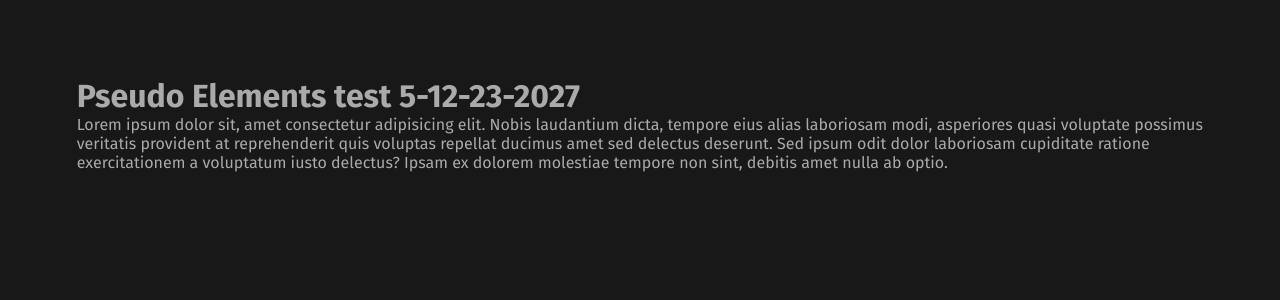
Repository: randy918/grandmaster-js-513
Page: index.html
An editor plug-in stored every save of this project. The page is shown before and after a run of saves, followed by the edit.
The browser window is 1280 px wide. The pictures show the whole page.
The style sheet was rebuilt from its Sass, Less or Tailwind sources for each picture, by a compiler version that may differ from the author's.

Above is the page before, as saved 2023-05-13 11:07:23.

### index.html
<!DOCTYPE html>
<html lang="en">
<head>
    <meta charset="UTF-8">
    <meta http-equiv="X-UA-Compatible" content="IE=edge">
    <meta name="viewport" content="width=device-width, initial-scale=1.0">
    <title>Pseudo Elements on the DOM</title>
        <link rel="stylesheet" href="css/index.css" />

</head>
<body>
    <h1 >Pseudo Elements test 5-12-23-2027 </h1>
   <p>Lorem ipsum dolor sit, amet consectetur adipisicing elit. Nobis laudantium dicta, tempore eius alias laboriosam modi, asperiores quasi voluptate possimus veritatis provident at reprehenderit quis voluptas repellat ducimus amet sed delectus deserunt. Sed ipsum odit dolor laboriosam cupiditate ratione exercitationem a voluptatum iusto delectus? Ipsam ex dolorem molestiae tempore non sint, debitis amet nulla ab optio.
   </p>
    <script src="./js/myfunctions.js"></script>
    <script src="./js/index.js"></script>
</body>
</html>

### js/myfunctions.js
//todo    Version 40423.0920
//todo
//todo   function a(toAlert)
//todo   function c(toConsole)
//todo   function cb(toConsole)
//todo   function ce(toConsole)
//todo   function cg(toConsole)
//todo   function co(toConsole)
//todo   function cr(toConsole)
//todo   function cv(toConsole)
//todo   function cw(toConsole)
//todo   function r(min, max)  Random integers, can be just 'max'
//todo   function getTime()--works! it is 72519.1414 format
//todo   function getCompleteDate()
//todo   function getMinute()
//todo   function getHour()
//todo   function getHour00()
//todo   function get24Hour()
//todo   function get24Hour00()
//todo   function getDay()
//todo   function getDay00()
//todo   function getMonth()
//todo   function getMonth00()
//todo   function getYear()
//todo   function getYear00()
//todo   function t()    eternal timestamp long number
//todo   function placeText(myIdClass, text)   unsure if it works?
//todo   function placeText2(myIdClass, text)   unsure if it works?
//todo   function getText(myIdClass)....brings whole line incl. tags
//todo   function getInnerText(myIdClass)
//todo   function getOuterText(myIdClass)
//todo   function addClass(myIdClass, newClass)
//todo   function removeClass(myIdClass, removeClass)
//todo   function changeBackgroundColor(myIdClass, color)
//todo   function changeTypeColor(myIdClass, color)
//todo   function changeTypeSize(myIdClass, size)
//todo   function addCSSText(myIdClass, text)

function a(toAlert) {
	alert(toAlert);
}

function c(toConsole) {
	console.log(toConsole);
}

function cb(toConsole) {
	var styles = [
		// 'font-size: 30px',
		"color: blue",
	].join(";");
	console.log(`%c` + toConsole, styles);
}

function ce(toConsole) {
	console.error(toConsole);
}

function cg(toConsole) {
	var styles = [
		// 'font-size: 30px',
		"color: green",
	].join(";");
	console.log(`%c` + toConsole, styles);
}

function co(toConsole) {
	var styles = [
		// 'font-size: 30px',
		"color: orange",
	].join(";");
	console.log(`%c` + toConsole, styles);
}

function cr(toConsole) {
	var styles = [
		// 'font-size: 30px',
		"color: red",
	].join(";");
	console.log(`%c` + toConsole, styles);
}

function cv(toConsole) {
	var styles = [
		// 'font-size: 30px',
		"color: violet",
	].join(";");
	console.log(`%c` + toConsole, styles);
}

function cw(toConsole) {
	console.warn(toConsole);
}

function r(min, max) {
	// 2.0, accepts single value for 1-x
	if (max === undefined) {
		max = min;
		min = 1;
	}
	const randomNumber =
		min - 1 + Math.ceil(Math.random() * (max + 1 - min));
	return randomNumber;
}
// may not be a real function
function getTime() {
	var today = new Date();
	var codeMonth = today.getMonth() + 1;
	var codeDay = today.getDate();
	if (codeDay < 10) {
		codeDay = "0" + codeDay;
	}
	var codeMinute = today.getMinutes();
	var codeHour = today.getHours();
	if (codeMinute < 10) {
		codeMinute = "0" + codeMinute;
	}
	if (codeHour < 10) {
		codeHour = "0" + codeHour;
	}
	var codeYear = today.getFullYear() - 2000;
	var dateTime =
		codeMonth +
		"" +
		codeDay +
		"" +
		codeYear +
		"." +
		codeHour +
		"" +
		codeMinute;
	// document.getElementById(`timeStamp`).innerHTML = dateTime;
	t = setTimeout(function () {
		getTime();
	}, 30000);
	return dateTime;
}

function getCompleteDate() {
	const today = new Date();
	return today;
}

function getMinute() {
	const today = new Date();
	const codeMinute = today.getMinutes();
	if (codeMinute < 10) {
		codeMinute = "0" + codeMinute;
	}
	return codeMinute;
}

function getMinute00() {
	const today = new Date();
	let codeMinute = today.getMinutes();
	if (codeMinute < 10) {
		codeMinute = "0" + codeMinute;
	}
	return codeMinute;
}

function getHour() {
	const today = new Date();
	let codeHour = today.getHours();
	if (codeHour > 12) {
		codeHour = codeHour - 12;
	}
	return codeHour;
}

function getAmPm() {
	let amPm = "am";
	const today = new Date();
	let codeHour = today.getHours();
	if (codeHour > 12) {
		amPm = "pm";
	}
	return amPm;
}

function getHour00() {
	const today = new Date();
	const codeHour = today.getHours();
	if (codeHour > 12) {
		codeHour = codeHour - 12;
	}
	if (codeHour < 10) {
		codeHour = "0" + codeHour;
	}
	return codeHour;
}

function get24Hour() {
	const today = new Date();
	const codeHour = today.getHours();
	return codeHour;
}

function get24Hour00() {
	const today = new Date();
	const codeHour = today.getHours();
	if (codeHour < 10) {
		codeHour = "0" + codeHour;
	}
	return codeHour;
}

function getDayVerbal() {
	const today = new Date();
	const codeDay = today.getDay() + 1;
	return theDay[codeDay];
}

function getDay00() {
	const today = new Date();
	const codeDay = today.getDate();
	if (codeDay < 10) {
		codeDay = "0" + codeDay;
	}
	return codeDay;
}

function getDay() {
	const today = new Date();
	const codeDay = today.getDate();
	return codeDay;
}

function getMonthVerbal() {
	const today = new Date();
	const codeMonth = today.getMonth() + 1;
	return theMonth[codeMonth];
}

function getMonth00() {
	const today = new Date();
	const codeMonth = today.getMonth() + 1;
	if (codeMonth < 10) {
		codeMonth = "0" + codeMonth;
	}
	return codeMonth;
}

function getMonth() {
	const today = new Date();
	const codeMonth = today.getMonth() + 1;
	return codeMonth;
}

function getYear00() {
	const today = new Date();
	const codeYear = today.getYear() - 100;
	if (codeYear < 10) {
		codeMYear = "0" + codeYear;
	}
	return codeYear;
}

function getYear() {
	const today = new Date();
	const codeYear = today.getYear() + 1900;
	return codeYear;
}

function t() {
	const now = new Date();
	eventTimestamp = now.getTime();
	// c(eventTimestamp);
	return eventTimestamp;
}
//    !  72419.1659 DOM MANIPULATION
//!
//!  placeText   element name, and text to put there--runs loosely?

function placeText(myIdClass, text) {
	const myElement = document.querySelector(myIdClass);
	myElement.innerText = text;
}
//    the function is longer than the original
// $(myIdClass).text(text)   <---works
function placeText2(myIdClass, text) {
	$(myIdClass).text(text);
}
function getText(myIdClass) {
	return document.querySelector(myIdClass);
}

function getInnerText(myIdClass) {
	return document.querySelector(myIdClass).innerHTML;
}

function getOuterText(myIdClass) {
	return document.querySelector(myIdClass).outerHTML;
}

function addClass(myIdClass, newClass) {
	document.querySelector(myIdClass).classList.add(newClass);
}

function removeClass(myIdClass, removeClass) {
	document.querySelector(myIdClass).classList.remove(removeClass);
}
// not sure what this one is for now
function containsClass(myIdClass, containsClass) {
	document
		.querySelector(myIdClass)
		.classList.contains(containsClass);
}
// above, can switch and toggle  also  mmtuts YOUTUBE 29-31 USING JAVASCRIPT
function changeBackgroundColor(myId, color) {
	document.getElementById(myId).style.background = color;

	// document.querySelector(myIdClass).style.backgroundColor = color;
}

function changeTypeColor(myIdClass, color) {
	document.querySelector(myIdClass).style.color = color;
}

function changeTypeSize(myIdClass, size) {
	document.querySelector(myIdClass).style.fontSize = size;
}

function addCSSText(myIdClass, text) {
	document.querySelector(myIdClass).style.cssText = text;
}

//!  72519.1714    Common Basic VARIABLE ARRAYS
var theDay = new Array(
	"Zero",
	"Sunday",
	"Monday",
	"Tuesday",
	"Wednesday",
	"Thursday",
	"Friday",
	"Saturday"
);
var theDayMin3 = new Array(
	"Zero",
	"Sun.",
	"Mon.",
	"Tues.",
	"Wed.",
	"Thurs.",
	"Fri.",
	"Sat."
);
var theDayMin2 = new Array(
	"Zero",
	"S",
	"M",
	"Tu",
	"W",
	"Th",
	"F",
	"S"
);
var theDayMin1 = new Array("Zero", "S", "M", "T", "W", "T", "F", "S");
var theMonth = new Array(
	"Zero",
	"January",
	"February",
	"March",
	"April",
	"May",
	"June",
	"July",
	"August",
	"September",
	"October",
	"November",
	"December"
);
var theMonthMin = new Array(
	"Zero",
	"Jan.",
	"Feb.",
	"Mar.",
	"Apr.",
	"May",
	"June",
	"July",
	"Aug.",
	"Sept.",
	"Oct.",
	"Nov.",
	"Dec."
);

function showDateTimeFormat() {
	const today = new Date();
	const formattedDate = new Intl.DateTimeFormat("en-US").format(
		today
	);
	const consoleFunctioningMessage = `
Console functioning: ${getDayVerbal()}, ${getMonthVerbal()} ${getDay()} at ${getHour()}:${getMinute00()}${getAmPm()}
  `;
	return consoleFunctioningMessage;
}
showDateTimeFormat();

console.log(
	`%c${showDateTimeFormat()}`,
	"font-size: 20px; color: gray"
);

//console.log("%cThis is a default font style", "color: blue; font-size: 20px");

### css/index.scss
@import url("https://fonts.googleapis.com/css2?family=Fira+Sans:ital,wght@0,400;0,700;0,900;1,400;1,700;1,900&display=swap");

$colors: (
  bg: rgba(55, 66, 76, 1),
  theGreen: rgba(0, 173, 43, 1),
  theRed: rgba(194, 47, 51, 1),
  theOrange: rgba(255, 103, 0, 1),
  theRodeoPink: #f1a1a4,
  theRodeoBlue: #7f86b0,
  theYellow: rgb(221, 172, 94),
  theGray: rgb(78, 92, 107),
  theBackground: rgba(241, 227, 214, 1),
  theDarkGray: rgba(43, 50, 56, 1),
  theBrown: rgba(101, 42, 36, 1),
  bitByBitRed: rgba(240, 44, 80, 1),
  bitByBitBlue: rgba(0, 79, 136, 1),
  bitByBitBlonde: rgba(241, 227, 214, 1),
  coolGrey50: rgb(245, 247, 250),
  coolGrey100: rgb(228, 231, 235),
  coolGrey200: rgb(203, 210, 217),
  coolGrey300: rgb(154, 165, 177),
  coolGrey400: rgb(123, 135, 148),
  coolGrey500: rgb(97, 110, 124),
  coolGrey600: rgb(82, 96, 109),
  coolGrey700: rgb(62, 76, 89),
  coolGrey800: rgb(50, 63, 75),
  coolGrey900: rgb(31, 41, 51),
  grey200: rgb(255, 255, 255),
  grey400: rgb(170, 170, 170),
  grey600: rgb(61, 61, 61),
  grey800: rgb(33, 33, 33),
  grey1000: rgb(24, 24, 24),
  grey5000: rgb(12, 12, 12),
  grey10000: rgb(0, 0, 0),
  hadiannaBlueOne: rgb(75, 160, 192),
  hadiannaBlueTwo: rgb(96, 176, 203),
  hadiannaBlueThree: rgb(161, 224, 249),
  hadiannaBlueFour: rgb(87, 182, 217),
  hadiannaOrangeOne: rgb(191, 123, 75),
  hadiannaOrangeFour: rgb(217, 141, 87),
  hadiannaSalmonOne: rgb(229, 120, 103),
  hadiannaSalmonFour: rgb(255, 133, 115),
);

@function getColor($color-name) {
  @return map-get($colors, $color-name);
}

:root {
  --border-radius: 0.5rem;
  --width-max: 75vw;
  --background-color: rgb(24, 24, 24);
  --background-color--cell: rgb(33, 33, 33);
  --type-color-one: rgb(170, 170, 170);
}

* *::before,
* *::after {
  box-sizing: border-box;
  border: none;
}
* body,
* h1,
* h2,
* h3,
* h4,
* p,
* figure,
* blockquote,
* dl,
* dd {
  margin: 0;
  font-family: "Fira Sans", sans-serif;
}

body {
    color: var(--type-color-one);
  margin-top: 6vw;
  margin-left: 6vw;
  margin-right: 6vw;
  background-color: var(--background-color);
}

h1.heading::before {

content: "blah";

}

Loaded but not shown: js/index.js (no copy from this time; the picture is the same without it)

After the next 4 saves:
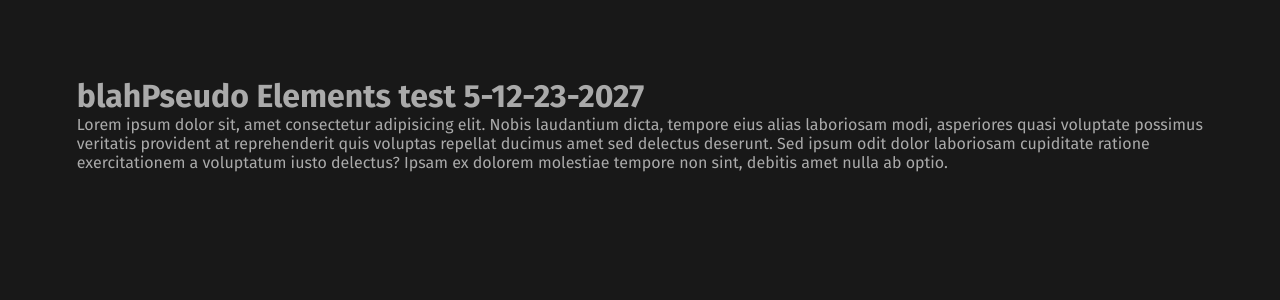
The 4 saves are shown as one change because they came seconds apart.
The last was saved 15 s later.
--- a/index.html
+++ b/index.html
@@ -9,7 +9,7 @@
 
 </head>
 <body>
-    <h1 >Pseudo Elements test 5-12-23-2027 </h1>
+    <h1  class = "heading" >Pseudo Elements test 5-12-23-2027 </h1>
    <p>Lorem ipsum dolor sit, amet consectetur adipisicing elit. Nobis laudantium dicta, tempore eius alias laboriosam modi, asperiores quasi voluptate possimus veritatis provident at reprehenderit quis voluptas repellat ducimus amet sed delectus deserunt. Sed ipsum odit dolor laboriosam cupiditate ratione exercitationem a voluptatum iusto delectus? Ipsam ex dolorem molestiae tempore non sint, debitis amet nulla ab optio.
    </p>
     <script src="./js/myfunctions.js"></script>
